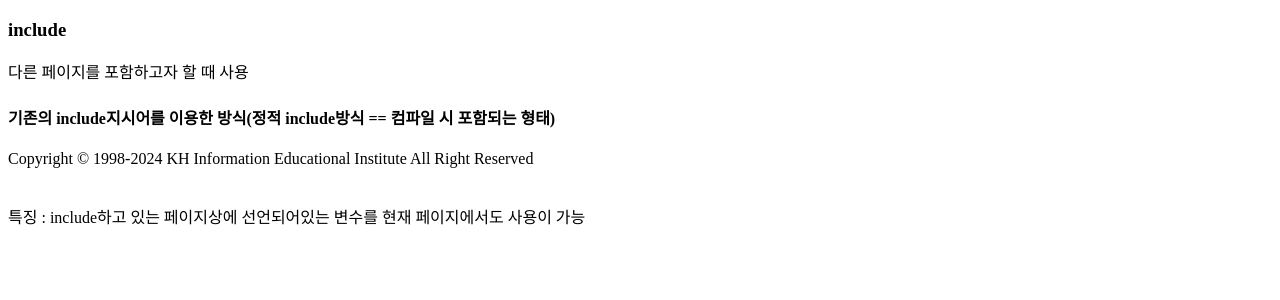
Repository: judeyong/myWebWorkSpace2
Page: http://localhost/Action_Project/views/StandardAction/01_include.jsp
The author's editor kept a copy of each file at every save. The page is drawn from the files as they stood at one save, then again after a run of saves.
The browser window is 1280 px wide. The pictures show the whole page.
The page is served by Tomcat 9.

Above is the page before, as saved 2024-04-03 03:23:40.

After the next 2 saves:
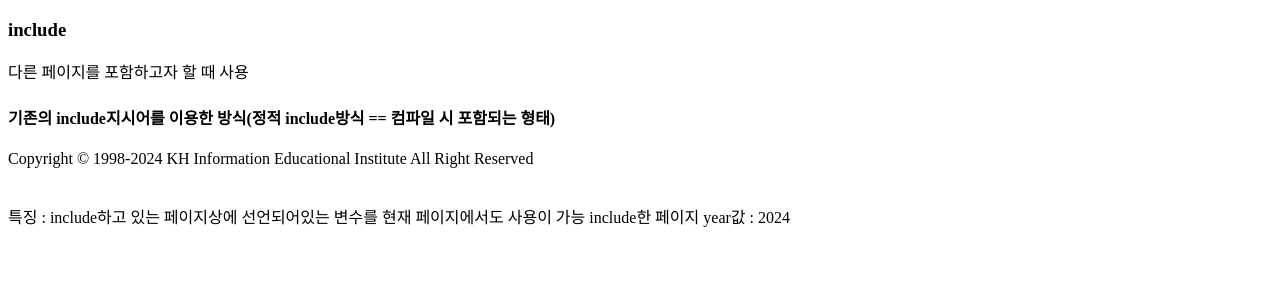
The 2 saves are shown as one change because they came seconds apart.
The last was saved 35 s later.
--- a/Action_Project/WebContent/views/StandardAction/01_include.jsp
+++ b/Action_Project/WebContent/views/StandardAction/01_include.jsp
@@ -21,5 +21,9 @@
 
 	특징 : include하고 있는 페이지상에 선언되어있는 변수를 현재 페이지에서도 사용이 가능
 
+	include한 페이지 year값 : <%= year %><br><br>
+
+
+
 </body>
 </html>
